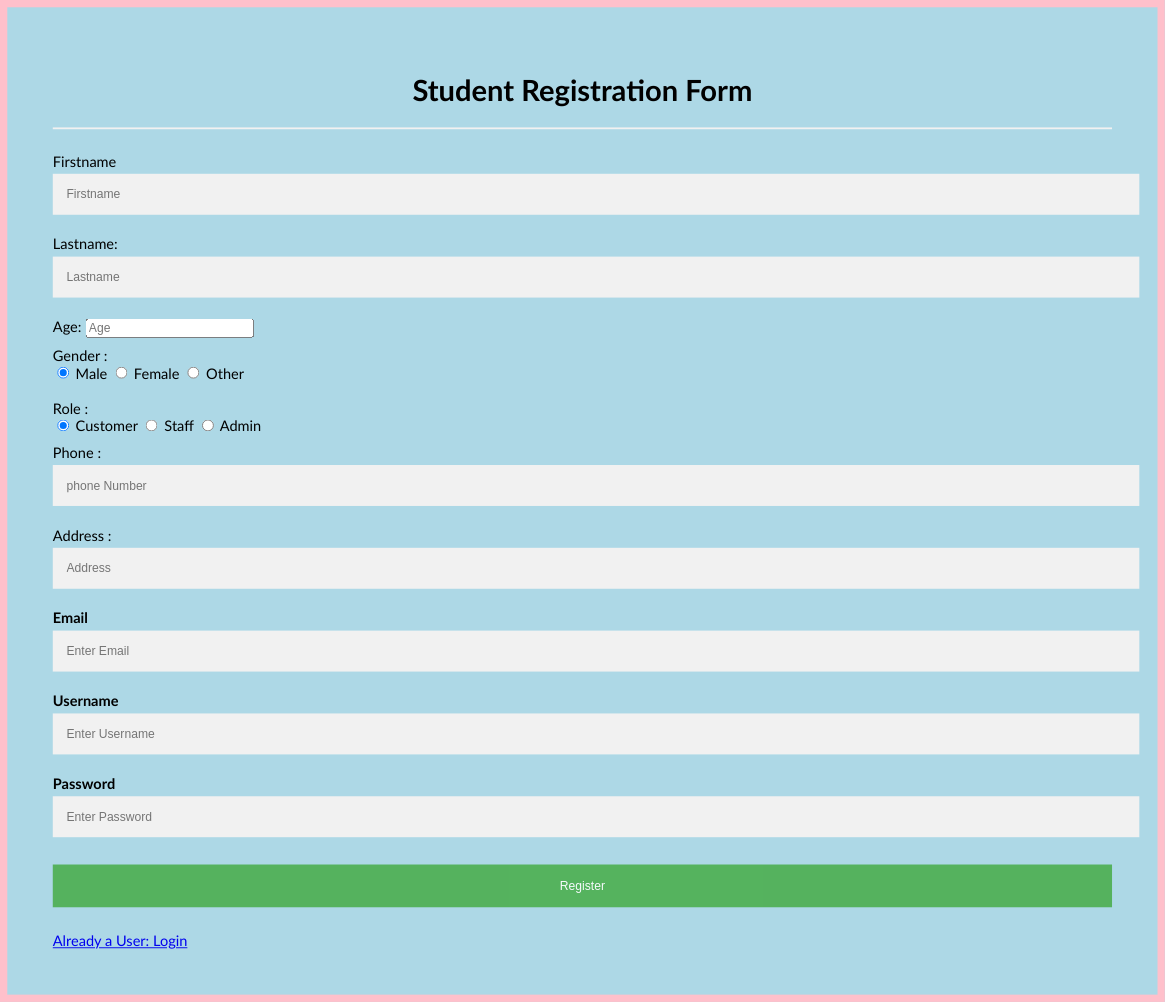
Repository: shivambhat45/Tour-Booking
Page: http://localhost/register
These files come from the project's save history. The page is drawn as it stood at one moment and after the next save; the edit follows.
The browser window is 1280 px wide. The pictures show the whole page, at 91% of full size.
The page is this project's Thymeleaf template; nobody is signed in. The template is opened directly, without the code that normally fills it, so the values that code supplies are empty.

Above is the page before, as saved 2022-10-29 22:07:38.

After the next save:
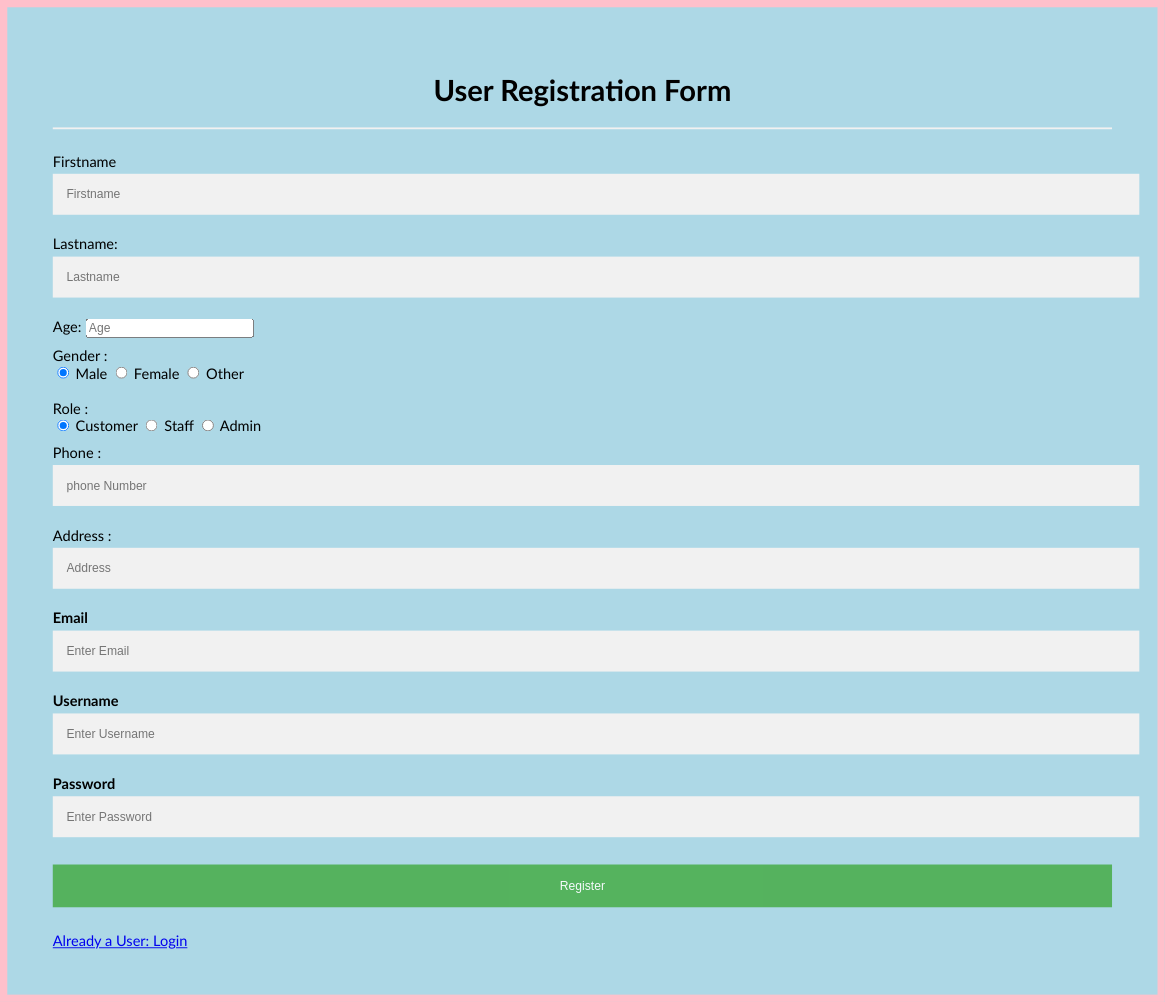
Saved 42 s later.
--- a/frontend-ui/src/main/resources/templates/register.html
+++ b/frontend-ui/src/main/resources/templates/register.html
@@ -2,6 +2,7 @@
 <html>
 <head>
 <meta name="viewport" content="width=device-width, initial-scale=1">
+<title>Registration</title>
 <style>
 body{
   font-family: Calibri, Helvetica, sans-serif;
@@ -49,7 +50,7 @@ hr {
 <body>
 <form action="/" method="POST">
   <div class="container">
-  <center>  <h1> Student Registration Form</h1> </center>
+  <center>  <h1> User Registration Form</h1> </center>
   <hr>
   <label>Firstname </label>
 <input type="text" name="firstName" placeholder= "Firstname" size="15" required />
